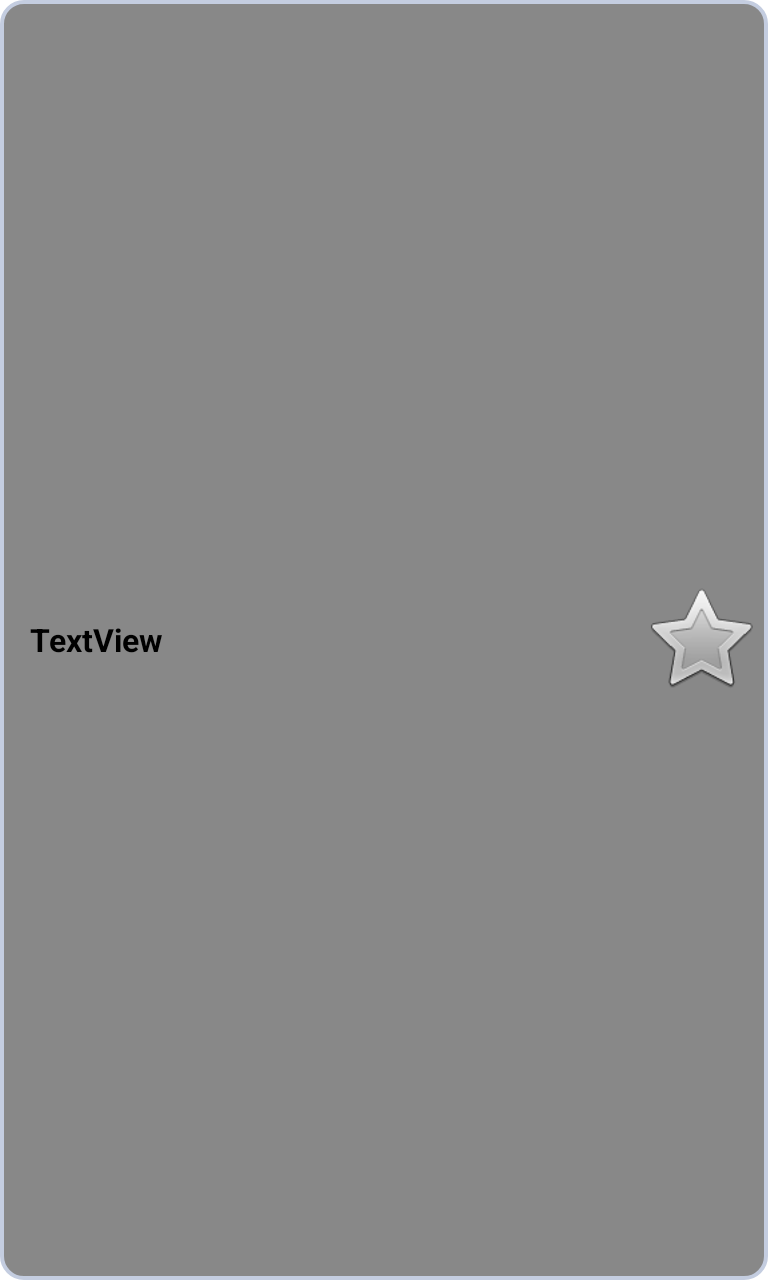
Repository: vinothsridhar/CrickBuzzChallenge
Layout: CricBuzzAndroidApp/res/layout/playlist_item.xml
The author's editor kept a copy of each file at every save. The layout is drawn from the files as they stood at one save, then again after the next save.
It is drawn on a 768 x 1280 px phone screen (xhdpi) without system bars, with theme AppTheme; the app's code is not run.

Above is the layout before, as saved 2014-12-20 16:39:42.

### CricBuzzAndroidApp/res/layout/playlist_item.xml
<?xml version="1.0" encoding="utf-8"?>
<LinearLayout xmlns:android="http://schemas.android.com/apk/res/android"
    android:layout_width="match_parent"
    android:layout_height="60dp"
    android:layout_gravity="center_vertical"
    android:gravity="center_vertical"
    android:background="@drawable/playerlistitem"
    android:layout_marginBottom="10dp"
    android:clickable="true"
    android:orientation="horizontal" >

    <TextView
        android:id="@+id/playerName"
        android:layout_width="fill_parent"
        android:layout_height="wrap_content"
        android:layout_weight="1"
        style="@style/PlayerNameText"
        android:text="TextView" />

    <RatingBar
        android:id="@+id/ratingBar1"
        android:layout_width="wrap_content"
        android:layout_height="wrap_content"
        android:layout_weight="0"
        android:stepSize="1"
        android:numStars="1" />



</LinearLayout>

### CricBuzzAndroidApp/res/values/styles.xml
<resources xmlns:android="http://schemas.android.com/apk/res/android">
    <style name="AppBaseTheme" parent="@android:style/Theme.Light.NoTitleBar">
    </style>

    <style name="AppTheme" parent="AppBaseTheme">
    </style>

    <style name="BoldText">
        <item name="android:textSize">@dimen/medium_text</item>
        <item name="android:textStyle">bold</item>
        <item name="android:padding">5dp</item>
    </style>

    <style name="TitleText">
        <item name="android:textSize">@dimen/big_text</item>
        <item name="android:background">@color/black</item>
        <item name="android:textColor">@color/white</item>
        <item name="android:textStyle">bold</item>
        <item name="android:gravity">center_vertical</item>
        <item name="android:padding">5dp</item>
    </style>

    <style name="TitleIcon" parent="@android:style/Widget.TabWidget">
        <item name="android:gravity">center_vertical</item>
        <item name="android:background">@drawable/tab_holo</item>
        <item name="android:paddingLeft">5dp</item>
        <item name="android:paddingRight">5dp</item>
    </style>

    <style name="TotalText" parent="BoldText">
        <item name="android:textColor">@color/black</item>
        <item name="android:background">@color/yellow</item>
        <item name="android:weightSum">2</item>
        <item name="android:gravity">center</item>
    </style>

    <style name="PlayerNameText">
        <item name="android:textColor">@color/black</item>
        <item name="android:textSize">@dimen/big_text</item>
        <item name="android:paddingLeft">10dp</item>
        <item name="android:textStyle">bold</item>
    </style>

    <style name="Button">
        <item name="android:width">60dp</item>
        <item name="android:height">40dp</item>
        <item name="android:textColor">@color/white</item>
        <item name="android:textSize">@dimen/medium_text</item>
        <item name="android:padding">5dp</item>
        <item name="android:textStyle">bold</item>
        <item name="android:background">@drawable/button_item</item>
    </style>

</resources>

### CricBuzzAndroidApp/res/drawable/playerlistitem.xml
<?xml version="1.0" encoding="utf-8"?>
<selector xmlns:android="http://schemas.android.com/apk/res/android">

    <item android:state_pressed="true"><shape android:shape="rectangle">
            <solid android:color="#588687"></solid>

            <stroke android:width="2dp" android:color="#C4CDE0"></stroke>

            <padding android:bottom="5dp" android:left="5dp" android:right="5dp" android:top="5dp"></padding>

            <corners android:radius="11dp"></corners>
        </shape></item>
    <item android:state_pressed="false"><shape android:shape="rectangle">
            <solid android:color="#888888"></solid>

            <stroke android:width="2dp" android:color="#C4CDE0"></stroke>

            <padding android:bottom="5dp" android:left="5dp" android:right="5dp" android:top="5dp"></padding>

            <corners android:radius="11dp"></corners>
        </shape></item>

</selector>

### CricBuzzAndroidApp/res/values/colors.xml
<?xml version="1.0" encoding="utf-8"?>
<resources>
    <color name="black">#000000</color>
    <color name="white">#ffffff</color>
    <color name="yellow">#FFCC00</color>
    <color name="red">#F45454</color>
</resources>

### CricBuzzAndroidApp/res/values/dimens.xml
<resources>

    <!-- Text sizes -->
    <dimen name="small_text">12sp</dimen>
    <dimen name="medium_text">14sp</dimen>
    <dimen name="big_text">16sp</dimen>

</resources>

After the next save:
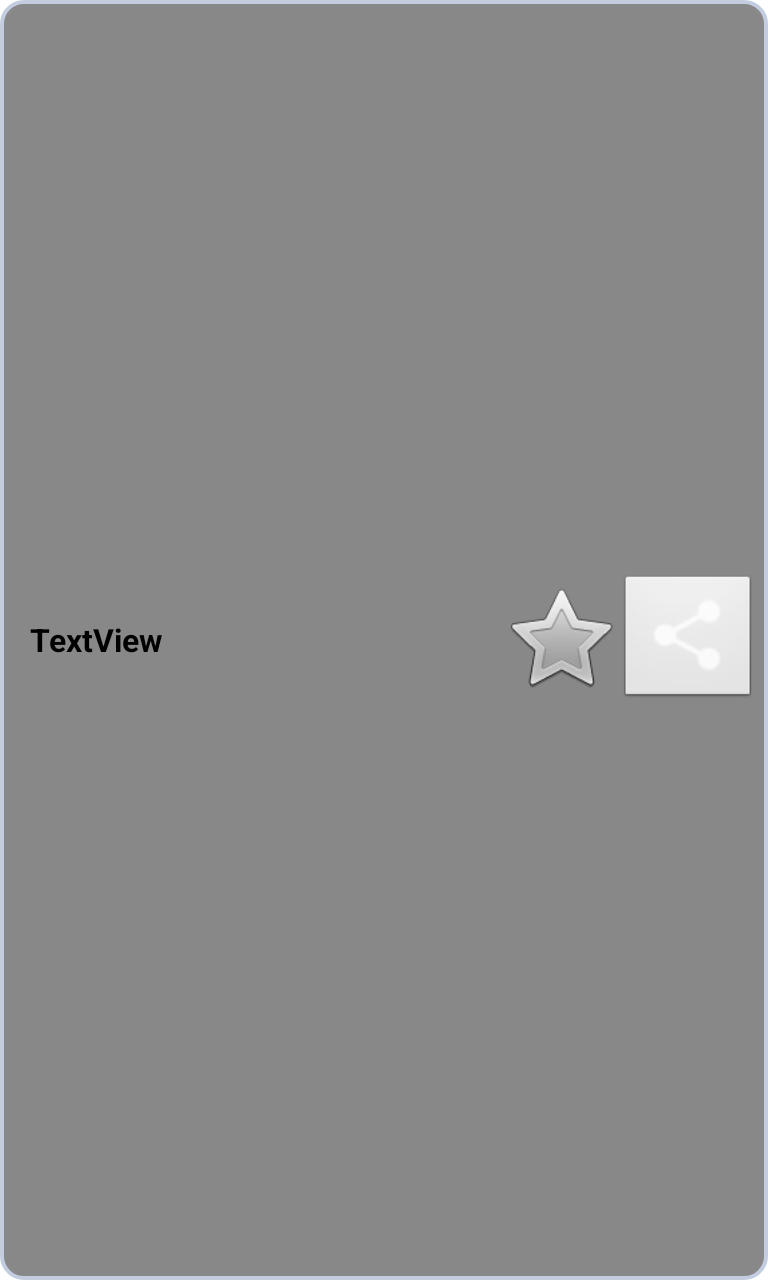
Saved 20 s later.
--- a/CricBuzzAndroidApp/res/layout/playlist_item.xml
+++ b/CricBuzzAndroidApp/res/layout/playlist_item.xml
@@ -25,6 +25,11 @@
         android:stepSize="1"
         android:numStars="1" />
 
-
+    <ImageButton
+        android:id="@+id/imageButton1"
+        android:layout_width="wrap_content"
+        android:layout_height="wrap_content"
+        android:layout_weight="0"
+        android:src="@drawable/ic_share" />
 
 </LinearLayout>
